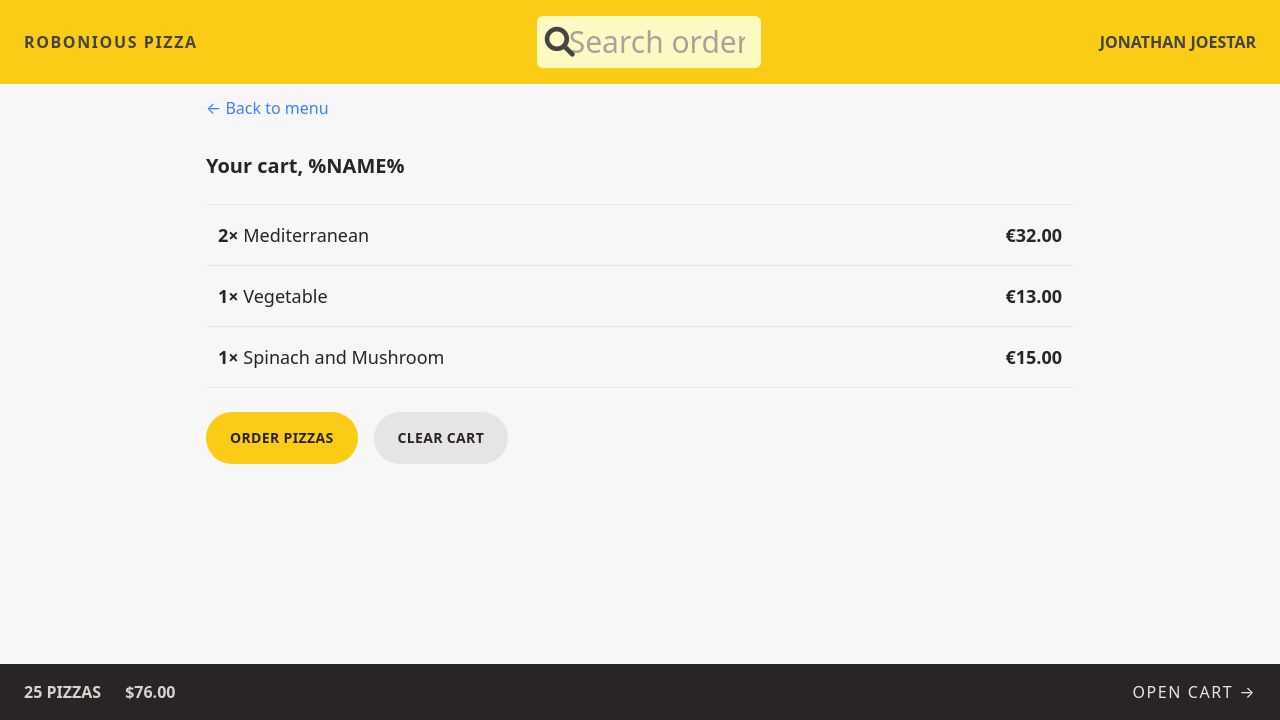
Repository: Alexro04/fast-food
Page: /cart (app in fast-food/)
An editor plug-in stored every save of this project. The page is shown before and after the next save, followed by the edit.
The browser window is 1280 px wide. The pictures show the whole page.
The project was rebuilt for these pictures with package versions that can differ from the ones it lists, and the page was loaded fresh each time. Also part of the build but not shown: fast-food/vite.config.js, fast-food/src/features/user/CreateUser.jsx, fast-food/src/ui/Home.jsx, fast-food/src/ui/Loading.jsx, fast-food/src/utils/apiRestaurant.js, fast-food/src/features/order/OrderItem.jsx, fast-food/src/features/order/Order.jsx, fast-food/src/features/menu/MenuItem.jsx and 3 more.

Above is the page before, as saved 2025-03-14 05:53:57.

### fast-food/index.html
<!doctype html>
<html lang="en">
  <head>
    <meta charset="UTF-8" />
    <link rel="icon" type="image/svg+xml" href="/vite.svg" />
    <link
      rel="stylesheet"
      href="https://cdnjs.cloudflare.com/ajax/libs/font-awesome/6.0.0-beta3/css/all.min.css"
    />
    <meta name="viewport" content="width=device-width, initial-scale=1.0" />
    <title>Vite + React</title>
  </head>
  <body>
    <div id="root"></div>
    <script type="module" src="/src/main.jsx"></script>
  </body>
</html>

### fast-food/src/index.css
@tailwind base;
@tailwind components;
@tailwind utilities;
@layer components {
  .input {
    @apply rounded-full border border-stone-200 px-4 py-2 transition-all duration-300 focus:outline-none focus:ring focus:ring-yellow-300 md:px-6 md:py-3;
  }
}

body {
  font-family:
    system-ui,
    -apple-system,
    BlinkMacSystemFont,
    "Segoe UI",
    Roboto,
    Oxygen,
    Ubuntu,
    Cantarell,
    "Open Sans",
    "Helvetica Neue",
    sans-serif;
  background-color: #f7f7f7;
  color: #444;
}

.layout {
  display: grid;
  grid-template-rows: auto 1fr auto;
  gap: 32px;
  height: 100dvh;
}

/* https://dev.to/afif/i-made-100-css-loaders-for-your-next-project-4eje */
.loader {
  width: 45px;
  aspect-ratio: 0.75;
  --c: no-repeat linear-gradient(#333 0 0);
  background:
    var(--c) 0% 50%,
    var(--c) 50% 50%,
    var(--c) 100% 50%;
  background-size: 20% 50%;
  animation: loading 1s infinite linear;
}

@keyframes loading {
  20% {
    background-position:
      0% 0%,
      50% 50%,
      100% 50%;
  }
  40% {
    background-position:
      0% 100%,
      50% 0%,
      100% 50%;
  }
  60% {
    background-position:
      0% 50%,
      50% 100%,
      100% 0%;
  }
  80% {
    background-position:
      0% 50%,
      50% 50%,
      100% 100%;
  }
}

### fast-food/src/App.jsx
import { createBrowserRouter, RouterProvider } from "react-router-dom"
import Home from "./ui/Home"
import AppLayout from "./ui/AppLayout"
import Cart from './features/cart/Cart'
import Order, { loader as orderLoader } from './features/order/Order'
import Menu, { loader as menuLoader } from './features/menu/Menu'
import Error from './ui/Error'
import CreateOrder, { action as createOrderAction } from "./features/order/CreateOrder"

function App() {
  const router = createBrowserRouter([
    {
      element: <AppLayout />,
      errorElement: <Error />,
      children: [
        {
          path: '/',
          element: <Home />
        },
        {
          path: '/cart',
          element: <Cart />
        },
        {
          path: '/order/:orderId',
          element: <Order />,
          loader: orderLoader,
          errorElement: <Error />
        },
        {
          path: '/order/new',
          element: <CreateOrder />,
          action: createOrderAction
        },
        {
          path: '/menu',
          element: <Menu />,
          loader: menuLoader,
          errorElement: <Error />
        },
      ]
    }
  ])

  return (
    <RouterProvider router={router} />
  )
}

export default App

### fast-food/src/ui/AppLayout.jsx
import { Outlet, useNavigation } from "react-router-dom";
import Header from "./Header";
import Loading from "./Loading";
import Footer from "./Footer";

export default function AppLayout() {
  const navigation = useNavigation();
  const isLoading = navigation.state === "loading";

  return (
    <div className="grid h-screen grid-rows-[auto_1fr_auto]">
      {isLoading && <Loading />}
      <Header />
      <main className="flex overflow-y-scroll">
        <div className="mx-auto w-full max-w-[900px]">
          <Outlet />
        </div>
      </main>
      <Footer />
    </div>
  );
}

### fast-food/src/features/cart/Cart.jsx
import { Link } from "react-router-dom";
import Button from "../../ui/Button";
import CartItem from "./CartItem";

const fakeCart = [
  {
    pizzaId: 12,
    name: "Mediterranean",
    quantity: 2,
    unitPrice: 16,
    totalPrice: 32,
  },
  {
    pizzaId: 6,
    name: "Vegetable",
    quantity: 1,
    unitPrice: 13,
    totalPrice: 13,
  },
  {
    pizzaId: 11,
    name: "Spinach and Mushroom",
    quantity: 1,
    unitPrice: 15,
    totalPrice: 15,
  },
];

function Cart() {
  const cart = fakeCart;

  return (
    <div className="px-4 py-3 text-stone-800">
      <Link to="/menu" className="text-blue-500" font-semibold>
        &larr; Back to menu
      </Link>

      <h2 className="mt-8 text-xl font-semibold">Your cart, %NAME%</h2>
      <ul className="my-6 divide-y divide-stone-200 border-y">
        {cart.map((item) => (
          <CartItem item={item} />
        ))}
      </ul>
      <div className="space-x-4">
        <Button type="primary" to="/order/new">
          Order pizzas
        </Button>
        <Button type="secondary">Clear cart</Button>
      </div>
    </div>
  );
}

export default Cart;

### fast-food/src/ui/Header.jsx
import { Link } from "react-router-dom";
import Search from "./Search";

function Header() {
  return (
    <header className="flex items-center justify-between bg-yellow-400 px-3 py-4 sm:px-6 md:text-3xl">
      <Link
        to="/"
        className="whitespace-nowrap text-base font-semibold uppercase tracking-wider sm:tracking-widest"
      >
        Robonious Pizza
      </Link>
      <Search />
      <p className="hidden text-base font-semibold uppercase sm:block">
        Jonathan Joestar
      </p>
    </header>
  );
}

export default Header;

### fast-food/src/ui/Footer.jsx
import { Link } from "react-router-dom";

function Footer() {
  return (
    <div className="flex justify-between bg-stone-800 px-3 py-4 text-sm uppercase text-stone-200 sm:px-6 md:text-base">
      <p className="space-x-2 font-semibold text-stone-300 sm:space-x-6">
        <span>25 pizzas</span>
        <span>$76.00</span>
      </p>
      <Link to="/cart" className="tracking-widest">
        open cart &rarr;
      </Link>
    </div>
  );
}

export default Footer;

### fast-food/src/ui/Button.jsx
import React from "react";
import { Link } from "react-router-dom";

function Button({ children, disabled, type, to }) {
  const base =
    "inline-block tracking-wide disabled:cursor-not-allowed rounded-full transition-colors duration-300 font-semibold uppercase focus:outline-none focus:ring-2 focus:ring-offset-2 ";

  const base_primary =
    base +
    "bg-yellow-400 text-stone-800 hover:bg-yellow-300 focus:bg-yellow-300 focus:ring-yellow-300 ";

  const base_secondary =
    base +
    "bg-stone-200 text-stone-800 hover:bg-stone-800 hover:text-stone-200 focus:bg-stone-800 focus:text-stone-200 focus:ring-stone-800 ";

  const style = {
    primary: base_primary + "px-4 py-3 text-sm md:px-6 md:py-4",
    secondary: base_secondary + "px-4 py-3 text-sm md:px-6 md:py-4",
    small: base_primary + "px-4 py-2 text-xs md:px-5 md:py-2.5",
  };

  if (to)
    return (
      <Link to={to} className={style[type]}>
        {children}
      </Link>
    );

  return (
    <button disabled={disabled} className={style[type]}>
      {children}
    </button>
  );
}

export default Button;

### fast-food/src/features/cart/CartItem.jsx
import { formatCurrency } from "../../utils/helpers";

function CartItem({ item }) {
  const { pizzaId, name, quantity, totalPrice } = item;

  return (
    <li className="flex items-center justify-between px-2 py-3 sm:px-3 sm:py-4 sm:text-lg">
      <p>
        <span className="font-semibold">{quantity}&times;</span> {name}
      </p>
      <div className="font-semibold">
        <p>{formatCurrency(totalPrice)}</p>
      </div>
    </li>
  );
}

export default CartItem;

### fast-food/src/ui/Search.jsx
import { useState } from "react";
import { useNavigate } from "react-router-dom";

function Search() {
  const [query, setQuery] = useState("");
  const navigate = useNavigate();

  function handleSubmit(e) {
    e.preventDefault();
    if (!query) return;
    navigate(`/order/${query}`);
    setQuery("");
  }

  return (
    <form onSubmit={handleSubmit} className="relative flex items-center">
      <i class="fas fa-search absolute left-2"></i>
      <input
        type="text"
        value={query}
        onChange={(e) => setQuery(e.target.value)}
        placeholder="Search orders #..."
        className="duration- rounded-md bg-yellow-100 py-2 pl-8 pr-4 transition-all placeholder:text-stone-400 focus:outline-none focus:ring focus:ring-yellow-500 focus:ring-opacity-50 sm:w-56 sm:focus:w-72 sm:focus:ring"
      />
    </form>
  );
}

export default Search;

Loaded but not shown: fast-food/src/main.jsx (common file); fast-food/src/utils/helpers.js (common file); fast-food/tailwind.config.js (common file)

After the next save:
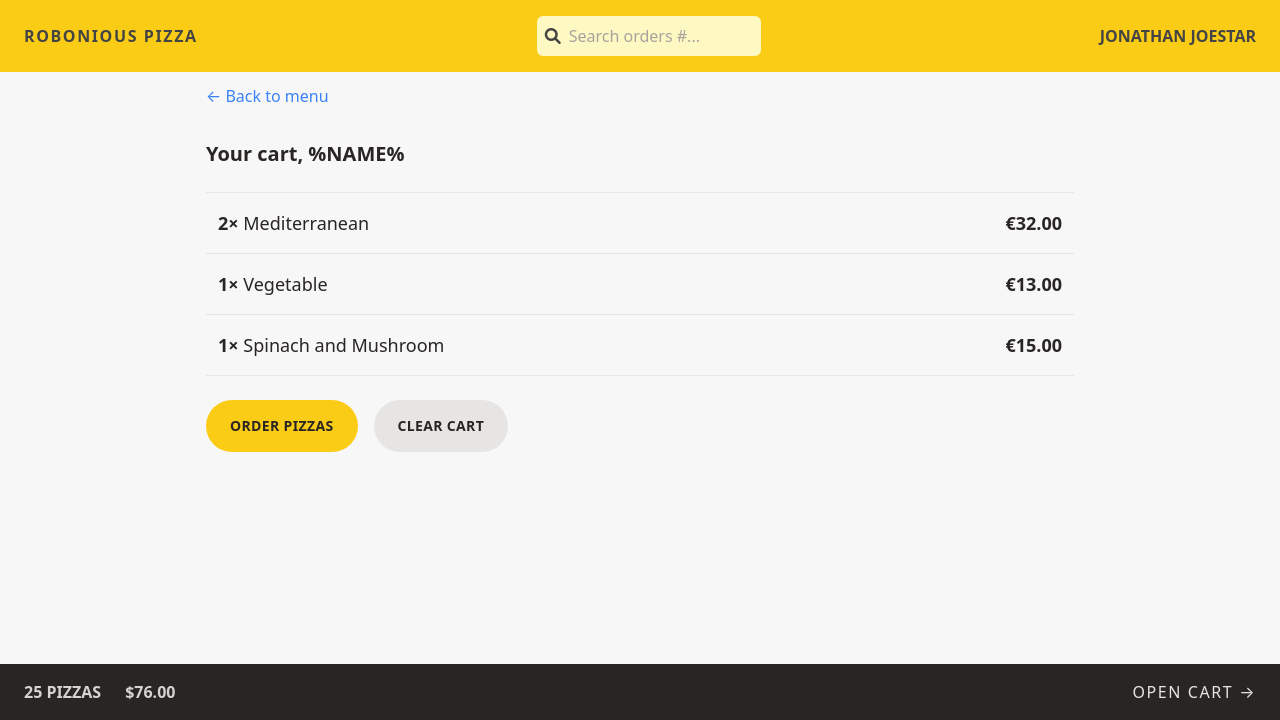
Saved 111 s later.
--- a/fast-food/src/ui/Header.jsx
+++ b/fast-food/src/ui/Header.jsx
@@ -3,7 +3,7 @@ import Search from "./Search";
 
 function Header() {
   return (
-    <header className="flex items-center justify-between bg-yellow-400 px-3 py-4 sm:px-6 md:text-3xl">
+    <header className="flex items-center justify-between bg-yellow-400 px-3 py-4 sm:px-6">
       <Link
         to="/"
         className="whitespace-nowrap text-base font-semibold uppercase tracking-wider sm:tracking-widest"
